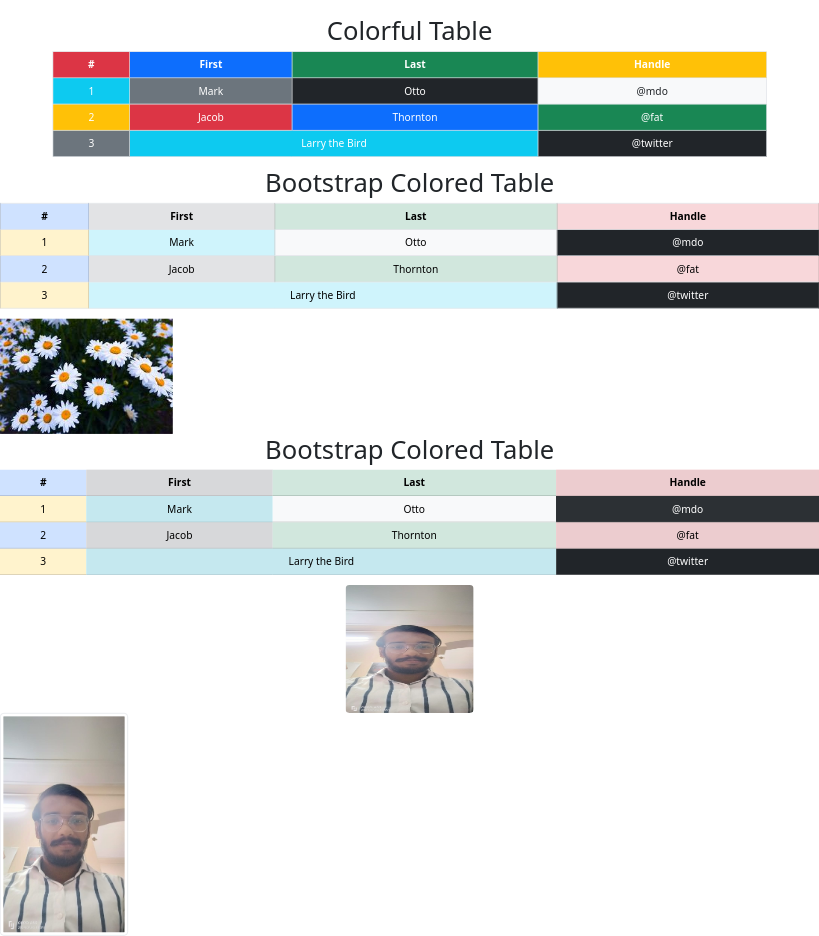
Repository: arunyerram/Web-TEChnologies
Page: BootstrapTables.html
The author's editor kept a copy of each file at every save. The page is drawn from the files as they stood at one save, then again after a run of saves.
The browser window is 1280 px wide. The pictures show the whole page, at 64% of full size.

Above is the page before, as saved 2025-02-22 11:42:20.

After the next 4 saves:
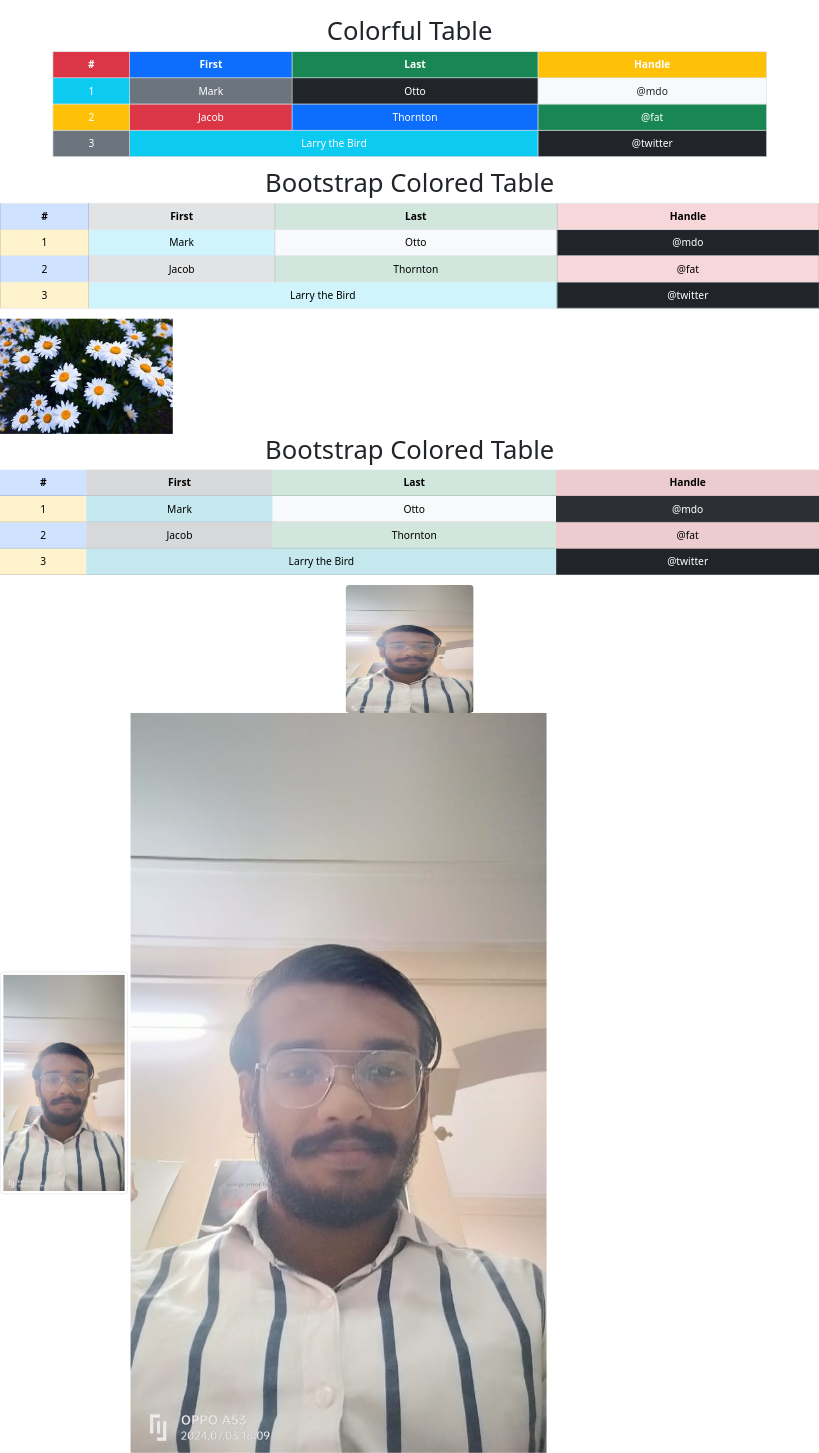
The 4 saves are shown as one change because they came seconds apart.
The last was saved 66 s later.
--- a/BootstrapTables.html
+++ b/BootstrapTables.html
@@ -120,5 +120,7 @@
         <img src="Arun.jpg" class="rounded mx-auto d-block" alt="..." height="200px" width="200px">
 
         <img src="Arun.jpg" class="img-thumbnail" alt="..." height="200px"  width="200px">
+
+        <img src="Arun.jpg" class="img-fluid" alt="..." >
 </body>
 </html>
